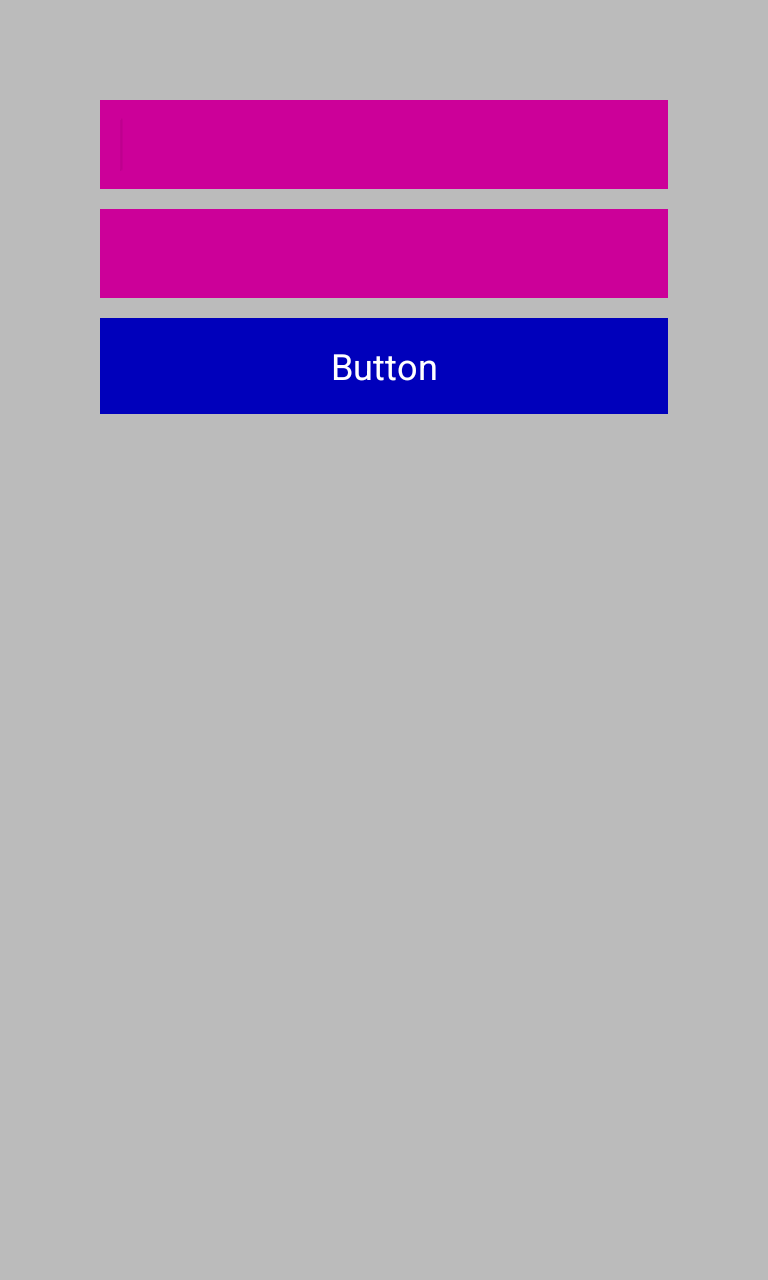
Repository: christianchi/di
Layout: 09 Drawable/UsoDrawNinePatch/res/layout/activity_main.xml
These files come from the project's save history. The layout is drawn as it stood at one moment and after the next save; the edit follows.
It is drawn on a 768 x 1280 px phone screen (xhdpi) without system bars, with theme AppTheme; the app's code is not run.

Above is the layout before, as saved 2014-01-16 08:47:06.

### 09 Drawable/UsoDrawNinePatch/res/layout/activity_main.xml
<LinearLayout xmlns:android="http://schemas.android.com/apk/res/android"
    android:layout_width="fill_parent"
    android:layout_height="fill_parent"
    android:background="#bbb"
    android:orientation="vertical"
    android:padding="50dp" >

    <EditText
        android:id="@+id/editText1"
        android:layout_width="match_parent"
        android:layout_height="wrap_content"
        android:background="#c09"
        android:textColor="#fff"
        android:ems="10"
        android:padding="10dp" >

        <requestFocus />
    </EditText>

    <EditText
        android:id="@+id/editText2"
        android:layout_width="match_parent"
        android:layout_height="wrap_content"
        android:background="#c09"
        android:textColor="#fff"
        android:layout_marginTop="10dp"
        android:ems="10"
        android:inputType="textPassword"
        android:padding="10dp" />

    <Button
        android:id="@+id/button1"
        android:layout_width="match_parent"
        android:layout_height="wrap_content"
        android:text="Button"
        android:layout_marginTop="10dp"
        android:textColor="#fff"
        android:background="#00b" />

</LinearLayout>

Loaded but not shown: 09 Drawable/UsoDrawNinePatch/res/values/styles.xml (common file); 09 Drawable/UsoDrawNinePatch/res/values-v11/styles.xml (common file); 09 Drawable/UsoDrawNinePatch/res/values-v14/styles.xml (common file)

After the next save:
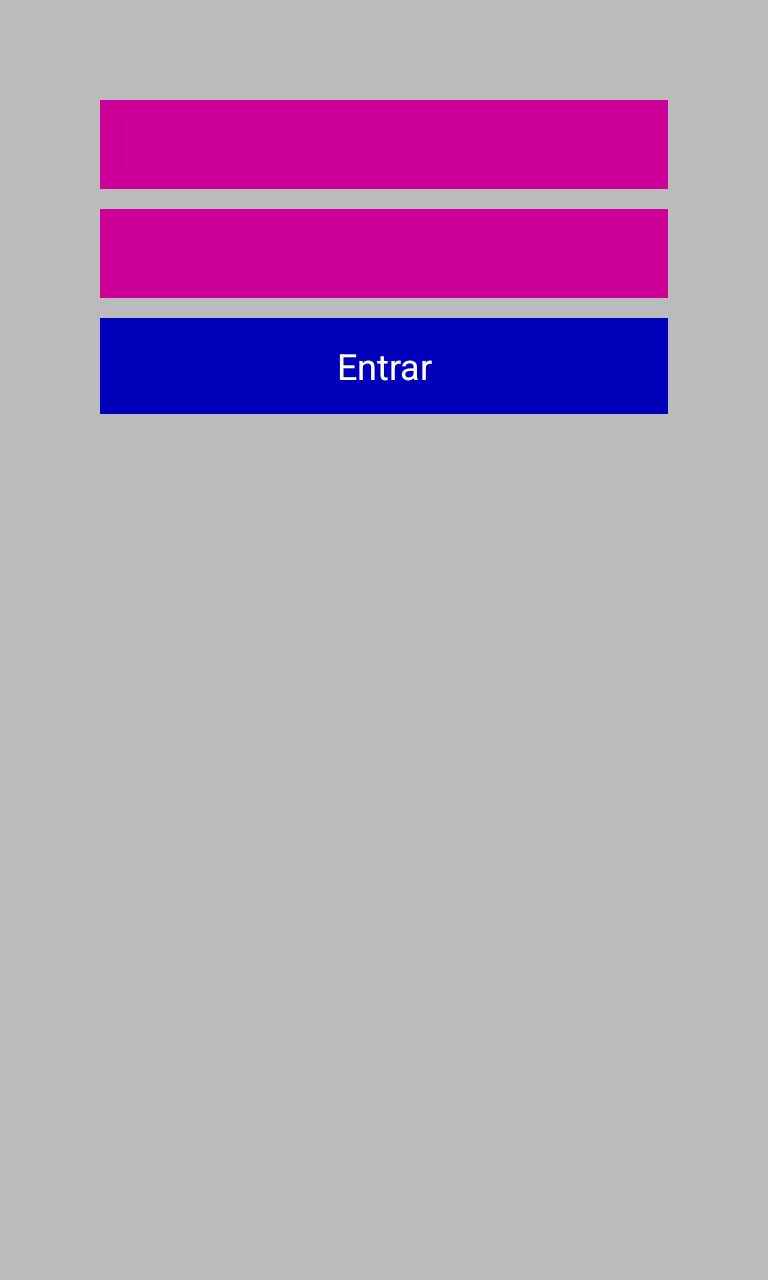
Saved 13 s later.
--- a/09 Drawable/UsoDrawNinePatch/res/layout/activity_main.xml
+++ b/09 Drawable/UsoDrawNinePatch/res/layout/activity_main.xml
@@ -32,7 +32,7 @@
         android:id="@+id/button1"
         android:layout_width="match_parent"
         android:layout_height="wrap_content"
-        android:text="Button"
+        android:text="Entrar"
         android:layout_marginTop="10dp"
         android:textColor="#fff"
         android:background="#00b" />
